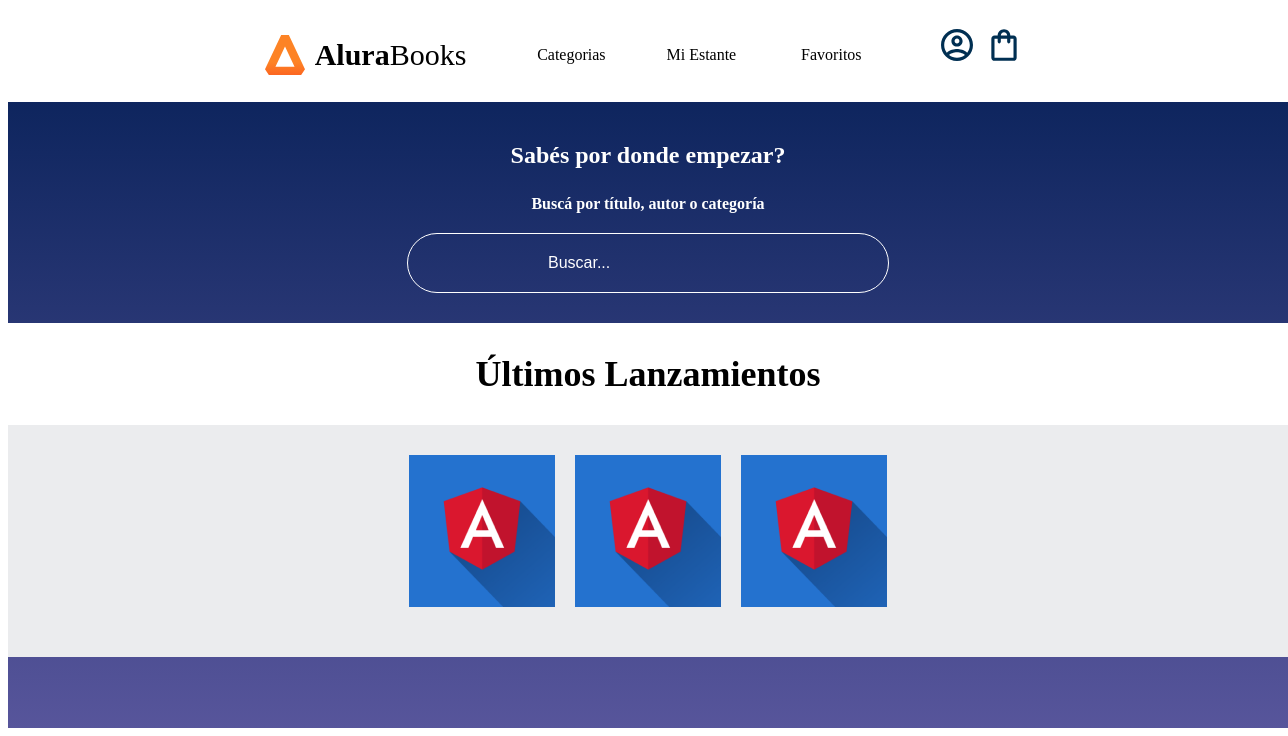
Repository: SandroG1977/Alura.Books
Page: /
These files come from the project's save history. The page is drawn as it stood at one moment and after the next save; the edit follows.
The browser window is 1280 px wide. The page is 1288 px wide, so the pictures cover 1288 px, including what lies to the right of the window. The pictures show the whole page.
The project was rebuilt for these pictures with package versions that can differ from the ones it lists, and the page was loaded fresh each time.

Above is the page before, as saved 2026-04-09 17:49:24.

### src/index.js
import React from 'react';
import ReactDOM from 'react-dom/client';
import App from './App';
import reportWebVitals from './reportWebVitals';
import { createGlobalStyle } from 'styled-components';

const GlobalStyle = createGlobalStyle`
    body {
      margin: 0;
      font-family: -apple-system, BlinkMacSystemFont, 'Segoe UI', 'Roboto', 'Oxygen',
        'Ubuntu', 'Cantarell', 'Fira Sans', 'Droid Sans', 'Helvetica Neue',
        sans-serif;
      -webkit-font-smoothing: antialiased;
      -moz-osx-font-smoothing: grayscale;
    }

    code {
      font-family: source-code-pro, Menlo, Monaco, Consolas, 'Courier New',
        monospace;
    }

    li{
      list-style: none;
    }
`;

const root = ReactDOM.createRoot(document.getElementById('root'));
root.render(
  <React.StrictMode>
    <App />
  </React.StrictMode>
);

// If you want to start measuring performance in your app, pass a function
// to log results (for example: reportWebVitals(console.log))
// or send to an analytics endpoint. Learn more: https://bit.ly/CRA-vitals
reportWebVitals();

### src/App.js
import styled from 'styled-components';
import Header from './components/Header';
import Search from './components/Search';
import UltimosLanzamientos from './components/UltimoLanzamientos';

const AppContainer = styled.div`
  width: 100vw;
  height: 100vh;
  background-image: linear-gradient(to bottom, #031e55, #57559b);


li{
    list-style: none;
}
`;

function App() {
  return (
    <AppContainer>
      <Header />
      <Search />
      <UltimosLanzamientos />
    </AppContainer>
  );
}

export default App;

### src/components/Header/index.js
import Logo from '../logo';
import OptionsHeader from '../OptionsHeader';
import IconesHeader from '../IconosHeader';
import styled from 'styled-components';

const HeaderContainer = styled.header`
    background-color: white;
    display: flex;
    justify-content: center;
`;

function Header() {
    return (
        <HeaderContainer>
            <Logo />
            <OptionsHeader />
            <IconesHeader />
        </HeaderContainer>
    );
}

export default Header;

### src/components/Search/index.js
import { useState } from 'react';
import Input from '../Input';
import styled from 'styled-components';

import livro from '../../images/livro.png'

export const livros = [
    { nome: 'Liderança em Design', id: 1, src: livro },
    { nome: 'JavaScript Assertivo', id: 2, src: livro },
    { nome: 'Cangaceiro em JavaScript', id: 3, src: livro },
    { nome: 'Aventureiros do Java', id: 4, src: livro },
]

const SearchContainer = styled.section`
    display: flex;
    flex-direction: column;
    align-items: center;
    justify-content: center;
    padding: 20px;
`;

const Titulo = styled.h2`
    font-size: 24px;
    color: #FFF;
    margin-bottom: 10px;
`;

const Subtitulo = styled.h3`
    font-size: 16px;
    color: #FFF;
    margin-bottom: 20px;
`;

const ResultadosContainer = styled.div`
    display: flex;
    justify-content: center;
    align-items: center;
    margin-bottom: 20px;
    gap: 20px;
    cursor: pointer;

    img {
        width: 100px;
    }

    p { width: 200px; text-align: center; color: #FFF; }

    &:hover {
            transform: scale(1.05);
            transition: transform 0.2s ease-in-out;
        border: 1px solid white;
    }
`;

function Search() {
    const [librosEncontrados, setLibrosEncontrados] = useState([]);
    return (
        <SearchContainer>
            <Titulo>Sabés por donde empezar?</Titulo>
            <Subtitulo>Buscá por título, autor o categoría</Subtitulo>
            <Input
                placeholder="Buscar..."
                onBlur={event => {

                    const query = event.target.value.toLowerCase();
                    const encontrados = livros.filter(livro =>
                        livro.nome.toLowerCase().includes(query)
                    );
                    setLibrosEncontrados(encontrados);
                }
                }
            />
            {librosEncontrados.map(livro => {
                return (
                    <ResultadosContainer key={livro.id}>
                        <img src={livro.src} alt={livro.nome} /><p>{livro.nome}</p>

                    </ResultadosContainer>
                );
            })}

        </SearchContainer>
    );
}

export default Search;

### src/components/UltimoLanzamientos/index.js
import styled from 'styled-components';
import { Titulo } from '../Titulo';
import livro from '../../images/livro2.png';

export const livros = [
    { nome: 'Liderança em Design', src: livro, id: 1 },
    { nome: 'Cangaceiro JavaScript', src: livro, id: 3 },
    { nome: 'Apache Kafka e Spring Boot', src: livro, id: 4 }
]


const LibroContainer = styled.section`
    background-color: #EBECEE;
    padding-bottom: 20px;
    display: flex;
    flex-direction: column;
`;


const NuevosLibrosContainer = styled.div`
    margin-top: 30px;
    margin-bottom: 30px;
    gap: 20px;
    display: flex;
    width: 100%;
    justify-content: center;
    cursor: pointer;
`

function UltimosLanzamientos() {
    return (
        <LibroContainer>
            <Titulo color="#000000  ">Últimos Lanzamientos</Titulo>
            <NuevosLibrosContainer>
                {livros.map(livro => {
                    return (
                        <img key={livro.id} src={livro.src} alt={livro.nome} />

                    );
                })}
            </NuevosLibrosContainer>
        </LibroContainer>
    );
}

export default UltimosLanzamientos;

### src/components/logo/index.js
import logo from '../../images/logo.svg';
import styled from 'styled-components';

const LogoContainer = styled.div`
    display: flex;
    font-size: 30px;
    margin-left: 5px;
`;

const LogoImage = styled.img`
    width: 40px;
    margin-right: 10px;
`;


function Logo() {
    return (
        <LogoContainer>
            <LogoImage src={logo} alt="Logo Alura Books" />
            <p><strong>Alura</strong>Books</p>
        </LogoContainer>
    );
}

export default Logo;

### src/components/OptionsHeader/index.js

import styled from 'styled-components';

const OpcionesContainer = styled.ul`
    display: flex;
`;

const Opcion = styled.li`
    font-size: 16px;
    display: flex;
    justify-content: center;
    align-items: center;
    text-align: center;
    height: 100%;
    padding: 0 5px;
    cursor: pointer;
    min-width: 120px;
`;



const textoOpciones = ['Categorias', 'Mi Estante', 'Favoritos'];


function OptionsHeader() {
    return (
        <OpcionesContainer>
            {textoOpciones.map((opcion, index) => (
                <Opcion key={index}><p>{opcion}</p></Opcion>
            ))}
        </OpcionesContainer>
    );
}

export default OptionsHeader;

### src/components/IconosHeader/index.js
import perfil from '../../images/perfil.svg';
import carrito from '../../images/sacola.svg';
import styled from 'styled-components';

const IconosContainer = styled.ul`
    display: flex;
`;

const Icono = styled.li`
    width: 40px;
    margin:5px;
`;

const iconosOpciones = [perfil, carrito];

function IconesHeader() {
    return (
        <IconosContainer>
            {iconosOpciones.map((icono, index) => (
                <Icono><img src={icono} alt={`Icono ${index}`} /></Icono>
            ))}
        </IconosContainer>
    );
}

export default IconesHeader;

### src/components/Input/index.js
import syled from 'styled-components';

const Input = syled.input`
    border: 1px solid #FFF;
    background: transparent;
    border: 1px solid #FFF;
    padding: 20px 140px;
    border-radius: 50px;
    width: 200px;
    color: #FFF;
    font-size: 16px;
    margin-bottom: 10px;

    &::placeholder {
            color: #FFF;
            font-size: 16px;
    }
`;


export default Input;

### src/components/Titulo/index.js
import styled from 'styled-components';


export const Titulo = styled.h2`
    width: 100%;
    padding: 30px 0;
    background-color: #FFF;
    color: ${props => props.color || '#EB9B00'};
    font-size: ${props => props.size || '36px'};
    text-align: ${props => props.align || 'center'};
    margin: 0;
`;

Loaded but not shown: public/index.html (common file); src/reportWebVitals.js (common file)

After the next save:
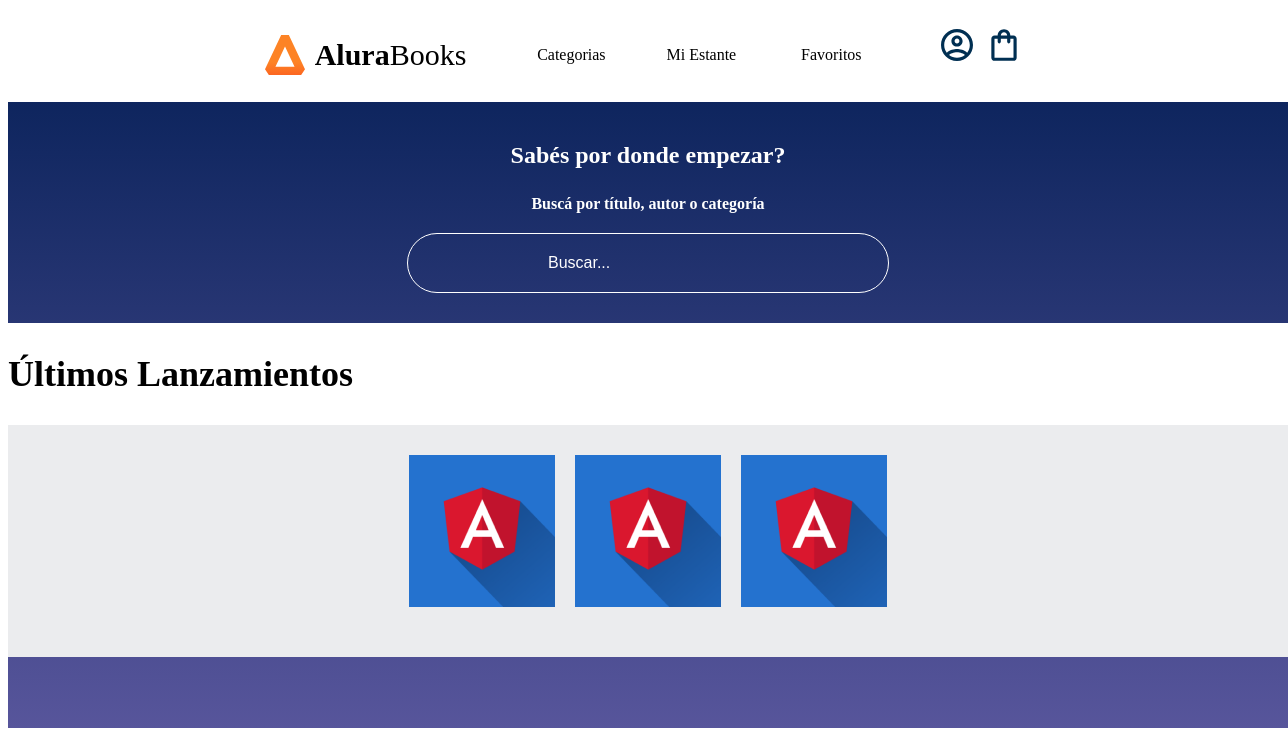
Saved 14 s later.
--- a/src/components/UltimoLanzamientos/index.js
+++ b/src/components/UltimoLanzamientos/index.js
@@ -30,7 +30,7 @@
 function UltimosLanzamientos() {
     return (
         <LibroContainer>
-            <Titulo color="#000000  ">Últimos Lanzamientos</Titulo>
+            <Titulo color="#000000" size="36px" align="left">Últimos Lanzamientos</Titulo>
             <NuevosLibrosContainer>
                 {livros.map(livro => {
                     return (

After the save that followed:
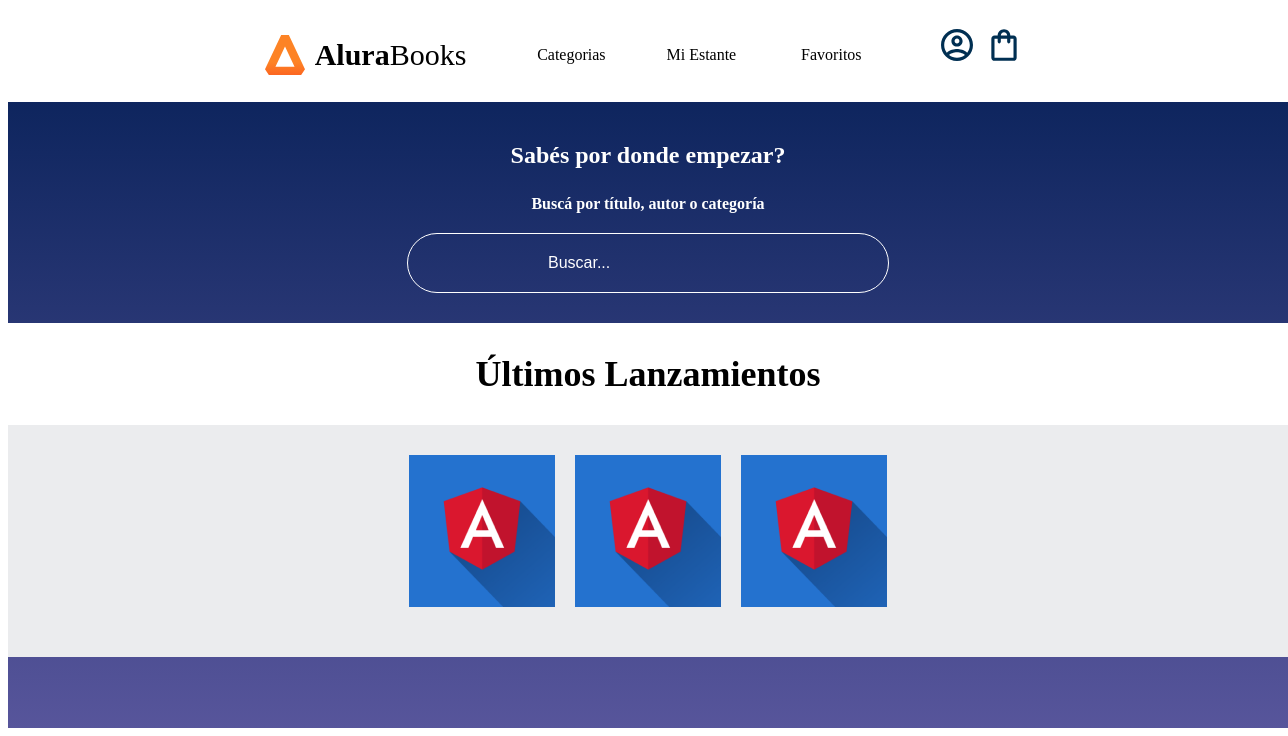
Saved 6 s later.
--- a/src/components/UltimoLanzamientos/index.js
+++ b/src/components/UltimoLanzamientos/index.js
@@ -30,7 +30,7 @@
 function UltimosLanzamientos() {
     return (
         <LibroContainer>
-            <Titulo color="#000000" size="36px" align="left">Últimos Lanzamientos</Titulo>
+            <Titulo color="#000000" size="36px" align="center">Últimos Lanzamientos</Titulo>
             <NuevosLibrosContainer>
                 {livros.map(livro => {
                     return (
